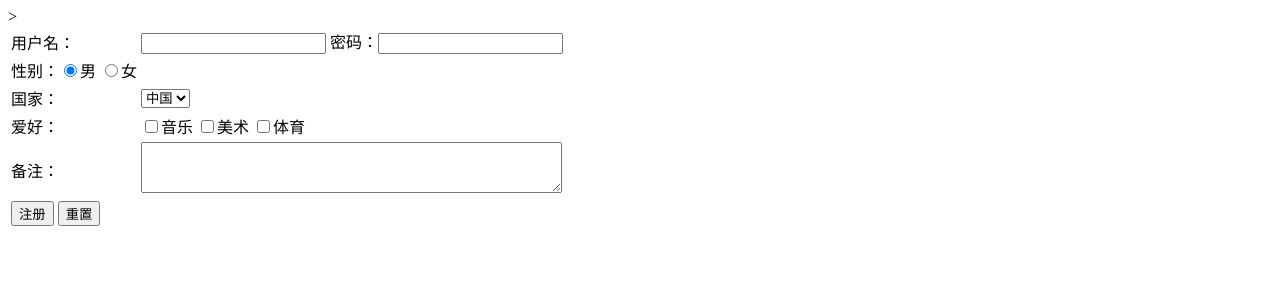
Repository: Lansefanggezi/JavaWeb
Page: HelloServlet/WebContent/Register.html
The author's editor kept a copy of each file at every save. The page is drawn from the files as they stood at one save, then again after the next save.
The browser window is 1280 px wide. The pictures show the whole page.

Above is the page before, as saved 2018-03-29 08:41:28.

After the next save:
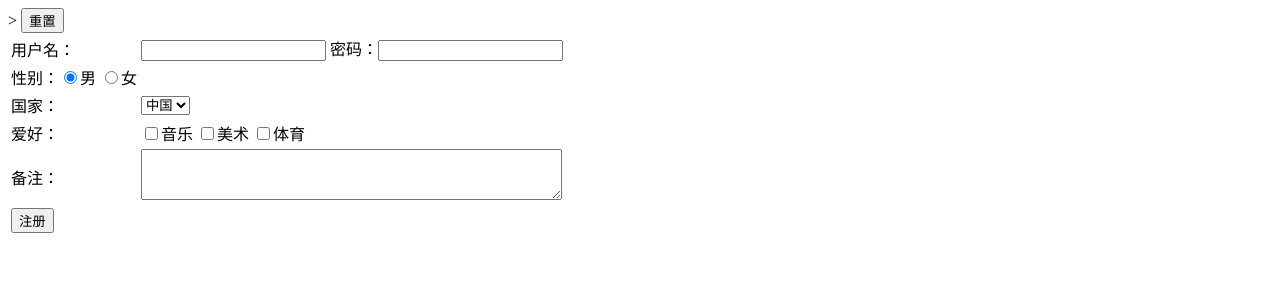
Saved 4 s later.
--- a/HelloServlet/WebContent/Register.html
+++ b/HelloServlet/WebContent/Register.html
@@ -45,6 +45,7 @@
 		<tr>
 		<td>
 		<input type="submit" value="注册" >
+		</td>
 		<input type="reset" value="重置">
 		</table>
 	</form>
